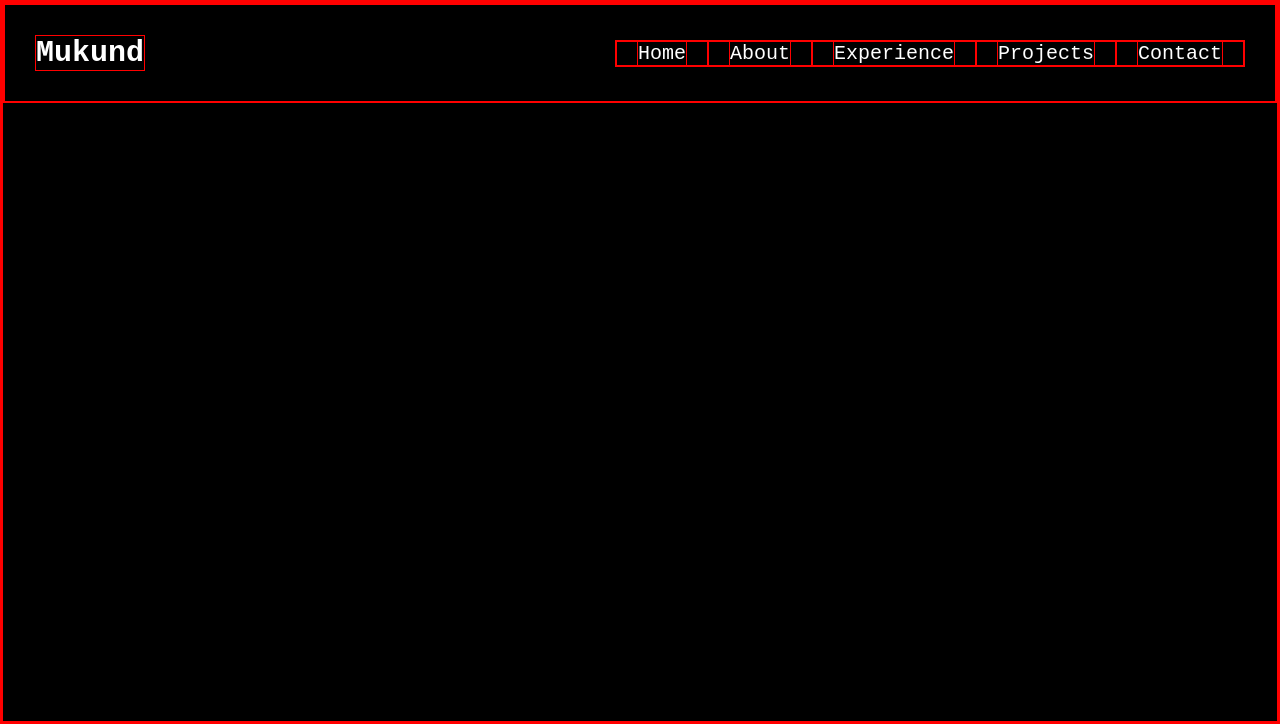
Repository: mukundgangurde/expense-tracker
Page: index.html
These files come from the project's save history. The page is drawn as it stood at one moment and after the next save; the edit follows.
The browser window is 1280 px wide. The pictures show the whole page.

Above is the page before, as saved 2025-11-02 17:36:16.

After the next save:
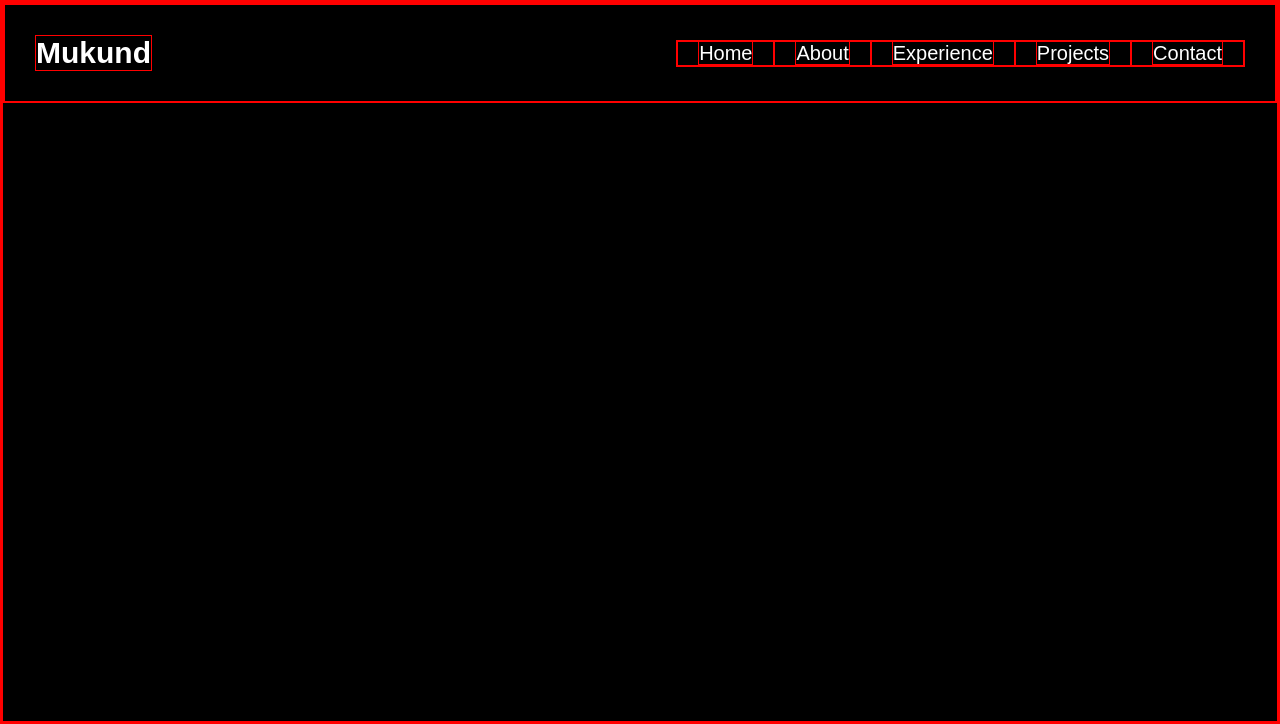
Saved 28 s later.
--- a/style.css
+++ b/style.css
@@ -1,7 +1,7 @@
 * {
   margin: 0;
   padding: 0;
-  font-family: 'Courier New', Courier, monospace;
+  font-family: Arial, Helvetica, sans-serif;
   box-sizing: border-box;
   border: 1px solid red;
 }
